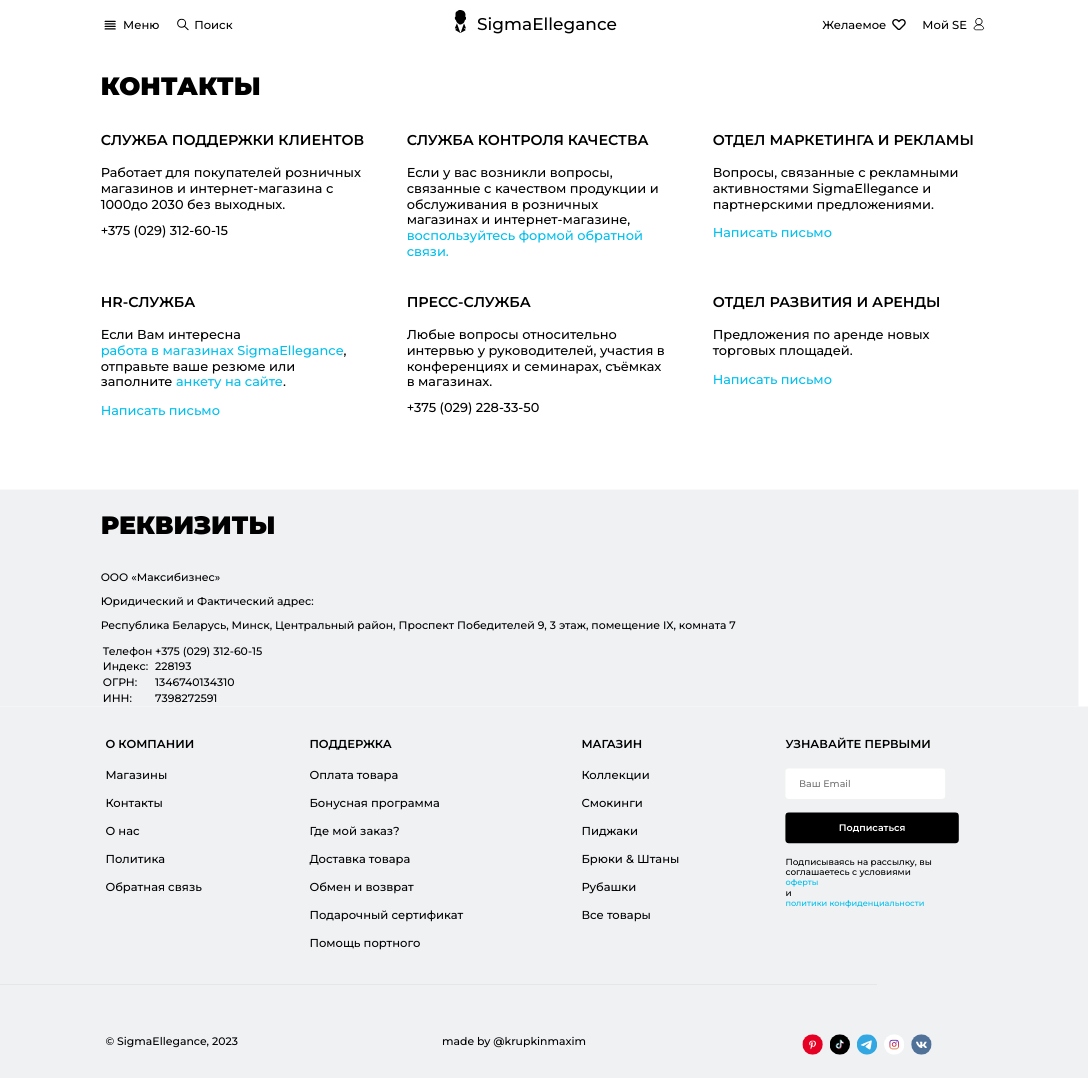
Repository: MaksimKrupkin/SigmaEllegance
Page: /contacts
An editor plug-in stored every save of this project. The page is shown before and after the next save, followed by the edit.
The browser window is 1280 px wide. The page is 1600 px wide, so the pictures cover 1600 px, including what lies to the right of the window. The pictures show the whole page, at 68% of full size.
Some web fonts or font styles are not loaded; a fallback is used. The project was rebuilt for these pictures with package versions that can differ from the ones it lists, and the page was loaded fresh each time. Also part of the build but not shown: src/Components/SideBar/SideBar.module.css, src/Components/SideBar/SideBar.jsx, src/Pages/HomePage.module.css, src/Components/SliderWrapper/SliderWrapper.module.css, src/Components/SliderCard/SliderCard.module.css, src/Components/SliderCard/SliderCard.jsx, src/Components/LeftArrow/LeftArrow.module.css, src/Components/LeftArrow/LeftArrow.jsx and 25 more.

Above is the page before, as saved 2023-12-18 17:51:50.

After the next save:
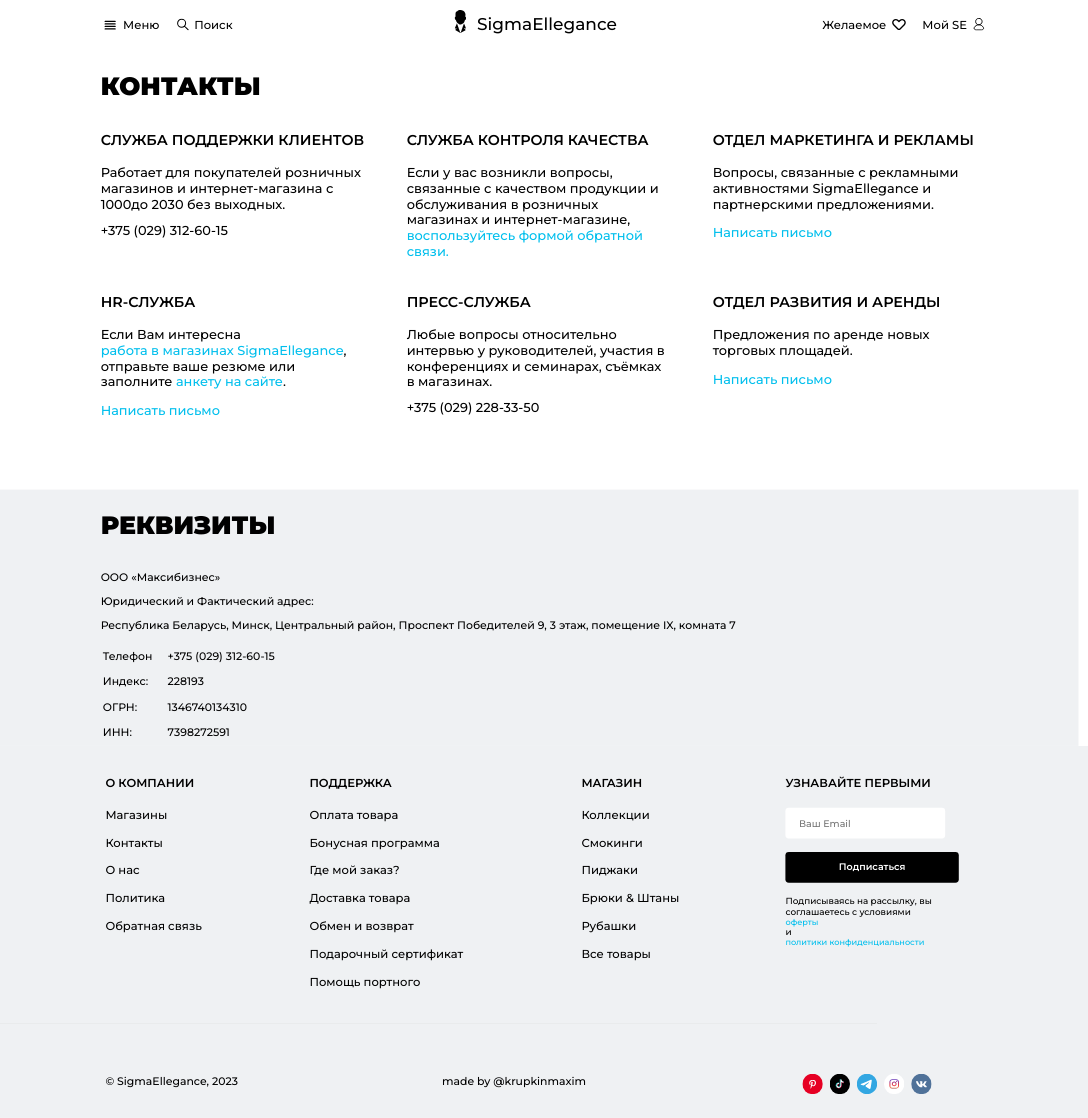
Saved 2 min 30 s later.
--- a/src/Pages/Contacts/Contacts.module.css
+++ b/src/Pages/Contacts/Contacts.module.css
@@ -81,3 +81,7 @@
 .bottom_part_container {
   width: 1290px;
 }
+.table {
+  width: 298px;
+  height: 152px;
+}
